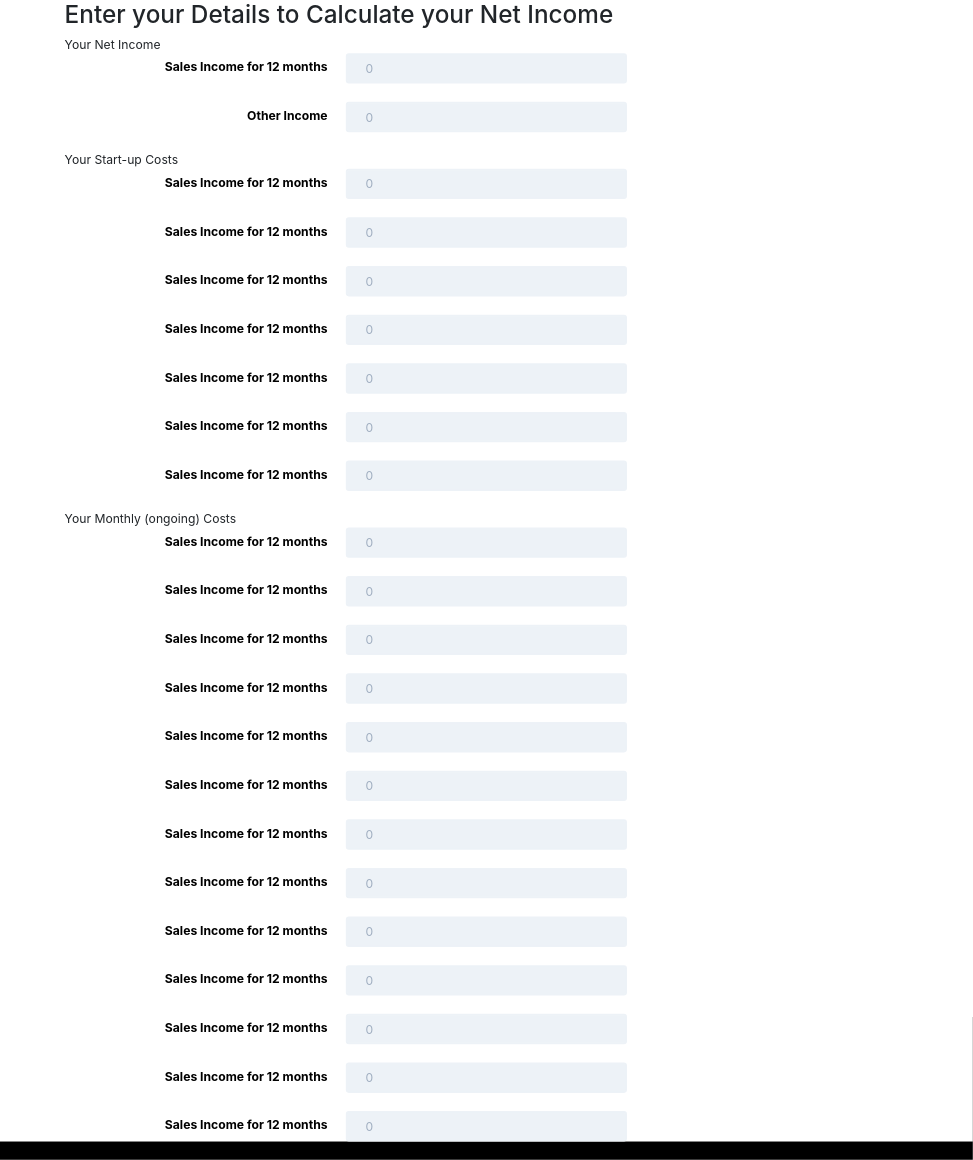
Repository: latenightsnacc/Financial-Forecast
Page: financial-forecast.html
These files come from the project's save history. The page is drawn as it stood at one moment and after the next save; the edit follows.
The browser window is 1280 px wide. The pictures show the whole page, at 76% of full size.

Above is the page before, as saved 2020-11-15 12:02:00.

### financial-forecast.html
<!DOCTYPE html>
<html lang="en">
<head>
    <meta charset="UTF-8">
    <meta name="viewport" content="width=device-width, initial-scale=1.0">
    <!--Tailwind CDN-->
    <link rel="stylesheet" href="https://cdnjs.cloudflare.com/ajax/libs/tailwindcss/1.9.6/base.min.css" integrity="sha512-hEjkvMSM0ql6VJcNK0gTmjt9ar8F2yHeBUbJKtyvQhkkbGMhiJ4+MaiB8XxsthLAHJx5vy2I9dN0un8HiWG2LA==" crossorigin="anonymous" />
    <link rel="stylesheet" href="https://cdnjs.cloudflare.com/ajax/libs/tailwindcss/1.9.6/components.min.css" integrity="sha512-TizAONqhvXjEfRPhptSUkZNVU497PzAnXNGNUoeOjeni4dHpJ+ak+ZsyoGna20LH/yg1PvdufN1VbnVQeVDftg==" crossorigin="anonymous" />
    <link rel="stylesheet" href="https://cdnjs.cloudflare.com/ajax/libs/tailwindcss/1.9.6/tailwind.css" integrity="sha512-HY1FOTeAX9idUBWDhVDrBg8QUHBisKVQ4BCVj1jFo5z76mk87w4Rr5YGP8nBkcGmoMzqYvdeXHMOg/olF45z3g==" crossorigin="anonymous" />
    <link rel="stylesheet" href="https://cdnjs.cloudflare.com/ajax/libs/tailwindcss/1.9.6/utilities.min.css" integrity="sha512-0QJfuLKyYJWGB5hKArJW67xqMLDlR8YaLM/ZuW2mRn4NRwHNsGm7UuREc5Fu7jONHyewPKnGODY0N8G+FQbfxg==" crossorigin="anonymous" />
    <!--Bootstrap CDN-->
    <link rel="stylesheet" href="https://cdn.jsdelivr.net/npm/bootstrap@4.5.3/dist/css/bootstrap.min.css" integrity="sha384-TX8t27EcRE3e/ihU7zmQxVncDAy5uIKz4rEkgIXeMed4M0jlfIDPvg6uqKI2xXr2" crossorigin="anonymous">
    <title>Financial Forecast |Resaads Consults - Think Millenial</title>
</head>
<body class="bg-black">
    <div class="container">
        <!--Navigation-->
    </div>
    <div class="wrapper  bg-white">
        <div class="container">
            <h2 class="title">Enter your Details to Calculate your Net Income</h2>
        </div>
        <div class="container">
            <!--FORM-->
            <form class="w-full max-w-none">
            <!--NET INCOME-->
                <div class="title">Your Net Income</div>
                <!--Sales Income-->
                <div class="md:flex md:items-center mb-6">
                  <div class="md:w-1/3">
                    <label class="block text-black font-bold md:text-right mb-1 md:mb-0 pr-4" for="inline-full-name" placeholder="0">
                      Sales Income for 12 months
                    </label>
                  </div>
                  <div class="md:w-1/3">
                    <input class="bg-gray-200 appearance-none border-2 border-gray-200 rounded w-full py-2 px-4 text-gray-700 leading-tight focus:outline-none focus:bg-white focus:border-grey-500" id="inline-full-name" type="text" placeholder="0">
                  </div>
                </div>
                <!--Other Income-->
                <div class="md:flex md:items-center mb-6">
                    <div class="md:w-1/3">
                      <label class="block text-black font-bold md:text-right mb-1 md:mb-0 pr-4" for="inline-full-name" placeholder="0">
                        Other Income
                      </label>
                    </div>
                    <div class="md:w-1/3">
                      <input class="bg-gray-200 appearance-none border-2 border-gray-200 rounded w-full py-2 px-4 text-gray-700 leading-tight focus:outline-none focus:bg-white focus:border-grey-500" id="inline-full-name" type="text" placeholder="0">
                    </div>
                </div>
            <!--STARTUP COSTS-->
                <div class="title">Your Start-up Costs</div>
                <!--Website Development-->
                <div class="md:flex md:items-center mb-6">
                    <div class="md:w-1/3">
                        <label class="block text-black font-bold md:text-right mb-1 md:mb-0 pr-4" for="inline-full-name" placeholder="0">
                            Sales Income for 12 months
                        </label>
                    </div>
                    <div class="md:w-1/3">
                        <input class="bg-gray-200 appearance-none border-2 border-gray-200 rounded w-full py-2 px-4 text-gray-700 leading-tight focus:outline-none focus:bg-white focus:border-grey-500" id="inline-full-name" type="text" placeholder="0">
                    </div>
                </div>
                <!--Website Development-->
                <div class="md:flex md:items-center mb-6">
                    <div class="md:w-1/3">
                        <label class="block text-black font-bold md:text-right mb-1 md:mb-0 pr-4" for="inline-full-name" placeholder="0">
                            Sales Income for 12 months
                        </label>
                    </div>
                    <div class="md:w-1/3">
                        <input class="bg-gray-200 appearance-none border-2 border-gray-200 rounded w-full py-2 px-4 text-gray-700 leading-tight focus:outline-none focus:bg-white focus:border-grey-500" id="inline-full-name" type="text" placeholder="0">
                    </div>
                </div>
                <!--Website Development-->
                <div class="md:flex md:items-center mb-6">
                    <div class="md:w-1/3">
                        <label class="block text-black font-bold md:text-right mb-1 md:mb-0 pr-4" for="inline-full-name" placeholder="0">
                            Sales Income for 12 months
                        </label>
                    </div>
                    <div class="md:w-1/3">
                        <input class="bg-gray-200 appearance-none border-2 border-gray-200 rounded w-full py-2 px-4 text-gray-700 leading-tight focus:outline-none focus:bg-white focus:border-grey-500" id="inline-full-name" type="text" placeholder="0">
                    </div>

                </div>
                <!--Website Development-->
                <div class="md:flex md:items-center mb-6">
                    <div class="md:w-1/3">
                        <label class="block text-black font-bold md:text-right mb-1 md:mb-0 pr-4" for="inline-full-name" placeholder="0">
                            Sales Income for 12 months
                        </label>
                    </div>
                    <div class="md:w-1/3">
                        <input class="bg-gray-200 appearance-none border-2 border-gray-200 rounded w-full py-2 px-4 text-gray-700 leading-tight focus:outline-none focus:bg-white focus:border-grey-500" id="inline-full-name" type="text" placeholder="0">
                    </div>

                </div>
                <!--Website Development-->
                <div class="md:flex md:items-center mb-6">
                    <div class="md:w-1/3">
                        <label class="block text-black font-bold md:text-right mb-1 md:mb-0 pr-4" for="inline-full-name" placeholder="0">
                            Sales Income for 12 months
                        </label>
                    </div>
                    <div class="md:w-1/3">
                        <input class="bg-gray-200 appearance-none border-2 border-gray-200 rounded w-full py-2 px-4 text-gray-700 leading-tight focus:outline-none focus:bg-white focus:border-grey-500" id="inline-full-name" type="text" placeholder="0">
                    </div>

                </div>
                <!--Website Development-->
                <div class="md:flex md:items-center mb-6">
                    <div class="md:w-1/3">
                        <label class="block text-black font-bold md:text-right mb-1 md:mb-0 pr-4" for="inline-full-name" placeholder="0">
                            Sales Income for 12 months
                        </label>
                    </div>
                    <div class="md:w-1/3">
                        <input class="bg-gray-200 appearance-none border-2 border-gray-200 rounded w-full py-2 px-4 text-gray-700 leading-tight focus:outline-none focus:bg-white focus:border-grey-500" id="inline-full-name" type="text" placeholder="0">
                    </div>
                </div>
                <!--Website Development-->
                <div class="md:flex md:items-center mb-6">
                    <div class="md:w-1/3">
                        <label class="block text-black font-bold md:text-right mb-1 md:mb-0 pr-4" for="inline-full-name" placeholder="0">
                            Sales Income for 12 months
                        </label>
                    </div>
                    <div class="md:w-1/3">
                        <input class="bg-gray-200 appearance-none border-2 border-gray-200 rounded w-full py-2 px-4 text-gray-700 leading-tight focus:outline-none focus:bg-white focus:border-grey-500" id="inline-full-name" type="text" placeholder="0">
                    </div>
                </div>
            <!--MONTHLY COSTS-->
                <div class="title">Your Monthly (ongoing) Costs</div>
                <!--Website Development-->
                <div class="md:flex md:items-center mb-6">
                    <div class="md:w-1/3">
                        <label class="block text-black font-bold md:text-right mb-1 md:mb-0 pr-4" for="inline-full-name" placeholder="0">
                            Sales Income for 12 months
                        </label>
                    </div>
                    <div class="md:w-1/3">
                        <input class="bg-gray-200 appearance-none border-2 border-gray-200 rounded w-full py-2 px-4 text-gray-700 leading-tight focus:outline-none focus:bg-white focus:border-grey-500" id="inline-full-name" type="text" placeholder="0">
                    </div>
                </div>
                <!--Website Development-->
                <div class="md:flex md:items-center mb-6">
                    <div class="md:w-1/3">
                        <label class="block text-black font-bold md:text-right mb-1 md:mb-0 pr-4" for="inline-full-name" placeholder="0">
                            Sales Income for 12 months
                        </label>
                    </div>
                    <div class="md:w-1/3">
                        <input class="bg-gray-200 appearance-none border-2 border-gray-200 rounded w-full py-2 px-4 text-gray-700 leading-tight focus:outline-none focus:bg-white focus:border-grey-500" id="inline-full-name" type="text" placeholder="0">
                    </div>
                </div>
                <!--Website Development-->
                <div class="md:flex md:items-center mb-6">
                    <div class="md:w-1/3">
                        <label class="block text-black font-bold md:text-right mb-1 md:mb-0 pr-4" for="inline-full-name" placeholder="0">
                            Sales Income for 12 months
                        </label>
                    </div>
                    <div class="md:w-1/3">
                        <input class="bg-gray-200 appearance-none border-2 border-gray-200 rounded w-full py-2 px-4 text-gray-700 leading-tight focus:outline-none focus:bg-white focus:border-grey-500" id="inline-full-name" type="text" placeholder="0">
                    </div>

                </div>
                <!--Website Development-->
                <div class="md:flex md:items-center mb-6">
                    <div class="md:w-1/3">
                        <label class="block text-black font-bold md:text-right mb-1 md:mb-0 pr-4" for="inline-full-name" placeholder="0">
                            Sales Income for 12 months
                        </label>
                    </div>
                    <div class="md:w-1/3">
                        <input class="bg-gray-200 appearance-none border-2 border-gray-200 rounded w-full py-2 px-4 text-gray-700 leading-tight focus:outline-none focus:bg-white focus:border-grey-500" id="inline-full-name" type="text" placeholder="0">
                    </div>

                </div>
                <!--Website Development-->
                <div class="md:flex md:items-center mb-6">
                    <div class="md:w-1/3">
                        <label class="block text-black font-bold md:text-right mb-1 md:mb-0 pr-4" for="inline-full-name" placeholder="0">
                            Sales Income for 12 months
                        </label>
                    </div>
                    <div class="md:w-1/3">
                        <input class="bg-gray-200 appearance-none border-2 border-gray-200 rounded w-full py-2 px-4 text-gray-700 leading-tight focus:outline-none focus:bg-white focus:border-grey-500" id="inline-full-name" type="text" placeholder="0">
                    </div>

                </div>
                <!--Website Development-->
                <div class="md:flex md:items-center mb-6">
                    <div class="md:w-1/3">
                        <label class="block text-black font-bold md:text-right mb-1 md:mb-0 pr-4" for="inline-full-name" placeholder="0">
                            Sales Income for 12 months
                        </label>
                    </div>
                    <div class="md:w-1/3">
                        <input class="bg-gray-200 appearance-none border-2 border-gray-200 rounded w-full py-2 px-4 text-gray-700 leading-tight focus:outline-none focus:bg-white focus:border-grey-500" id="inline-full-name" type="text" placeholder="0">
                    </div>
                </div>
                <!--Website Development-->
                <div class="md:flex md:items-center mb-6">
                    <div class="md:w-1/3">
                        <label class="block text-black font-bold md:text-right mb-1 md:mb-0 pr-4" for="inline-full-name" placeholder="0">
                            Sales Income for 12 months
                        </label>
                    </div>
                    <div class="md:w-1/3">
                        <input class="bg-gray-200 appearance-none border-2 border-gray-200 rounded w-full py-2 px-4 text-gray-700 leading-tight focus:outline-none focus:bg-white focus:border-grey-500" id="inline-full-name" type="text" placeholder="0">
                    </div>
                </div>
                <!--Website Development-->
                <div class="md:flex md:items-center mb-6">
                    <div class="md:w-1/3">
                        <label class="block text-black font-bold md:text-right mb-1 md:mb-0 pr-4" for="inline-full-name" placeholder="0">
                            Sales Income for 12 months
                        </label>
                    </div>
                    <div class="md:w-1/3">
                        <input class="bg-gray-200 appearance-none border-2 border-gray-200 rounded w-full py-2 px-4 text-gray-700 leading-tight focus:outline-none focus:bg-white focus:border-grey-500" id="inline-full-name" type="text" placeholder="0">
                    </div>
                </div>
                <!--Website Development-->
                <div class="md:flex md:items-center mb-6">
                    <div class="md:w-1/3">
                        <label class="block text-black font-bold md:text-right mb-1 md:mb-0 pr-4" for="inline-full-name" placeholder="0">
                            Sales Income for 12 months
                        </label>
                    </div>
                    <div class="md:w-1/3">
                        <input class="bg-gray-200 appearance-none border-2 border-gray-200 rounded w-full py-2 px-4 text-gray-700 leading-tight focus:outline-none focus:bg-white focus:border-grey-500" id="inline-full-name" type="text" placeholder="0">
                    </div>
                </div>
                <!--Website Development-->
                <div class="md:flex md:items-center mb-6">
                    <div class="md:w-1/3">
                        <label class="block text-black font-bold md:text-right mb-1 md:mb-0 pr-4" for="inline-full-name" placeholder="0">
                            Sales Income for 12 months
                        </label>
                    </div>
                    <div class="md:w-1/3">
                        <input class="bg-gray-200 appearance-none border-2 border-gray-200 rounded w-full py-2 px-4 text-gray-700 leading-tight focus:outline-none focus:bg-white focus:border-grey-500" id="inline-full-name" type="text" placeholder="0">
                    </div>
                </div>
                <!--Website Development-->
                <div class="md:flex md:items-center mb-6">
                    <div class="md:w-1/3">
                        <label class="block text-black font-bold md:text-right mb-1 md:mb-0 pr-4" for="inline-full-name" placeholder="0">
                            Sales Income for 12 months
                        </label>
                    </div>
                    <div class="md:w-1/3">
                        <input class="bg-gray-200 appearance-none border-2 border-gray-200 rounded w-full py-2 px-4 text-gray-700 leading-tight focus:outline-none focus:bg-white focus:border-grey-500" id="inline-full-name" type="text" placeholder="0">
                    </div>
                </div>
                <!--Website Development-->
                <div class="md:flex md:items-center mb-6">
                    <div class="md:w-1/3">
                        <label class="block text-black font-bold md:text-right mb-1 md:mb-0 pr-4" for="inline-full-name" placeholder="0">
                            Sales Income for 12 months
                        </label>
                    </div>
                    <div class="md:w-1/3">
                        <input class="bg-gray-200 appearance-none border-2 border-gray-200 rounded w-full py-2 px-4 text-gray-700 leading-tight focus:outline-none focus:bg-white focus:border-grey-500" id="inline-full-name" type="text" placeholder="0">
                    </div>
                </div>
                <!--Website Development-->
                <div class="md:flex md:items-center mb-6">
                    <div class="md:w-1/3">
                        <label class="block text-black font-bold md:text-right mb-1 md:mb-0 pr-4" for="inline-full-name" placeholder="0">
                            Sales Income for 12 months
                        </label>
                    </div>
                    <div class="md:w-1/3">
                        <input class="bg-gray-200 appearance-none border-2 border-gray-200 rounded w-full py-2 px-4 text-gray-700 leading-tight focus:outline-none focus:bg-white focus:border-grey-500" id="inline-full-name" type="text" placeholder="0">
                    </div>
                </div>
            </form>
        </div>
    </div>
    <!--Bootstrap Scripts-->
    <script src="https://code.jquery.com/jquery-3.5.1.slim.min.js" integrity="sha384-DfXdz2htPH0lsSSs5nCTpuj/zy4C+OGpamoFVy38MVBnE+IbbVYUew+OrCXaRkfj" crossorigin="anonymous"></script>
    <script src="https://cdn.jsdelivr.net/npm/popper.js@1.16.1/dist/umd/popper.min.js" integrity="sha384-9/reFTGAW83EW2RDu2S0VKaIzap3H66lZH81PoYlFhbGU+6BZp6G7niu735Sk7lN" crossorigin="anonymous"></script>
    <script src="https://cdn.jsdelivr.net/npm/bootstrap@4.5.3/dist/js/bootstrap.min.js" integrity="sha384-w1Q4orYjBQndcko6MimVbzY0tgp4pWB4lZ7lr30WKz0vr/aWKhXdBNmNb5D92v7s" crossorigin="anonymous"></script>
</body>
</html>

After the next save:
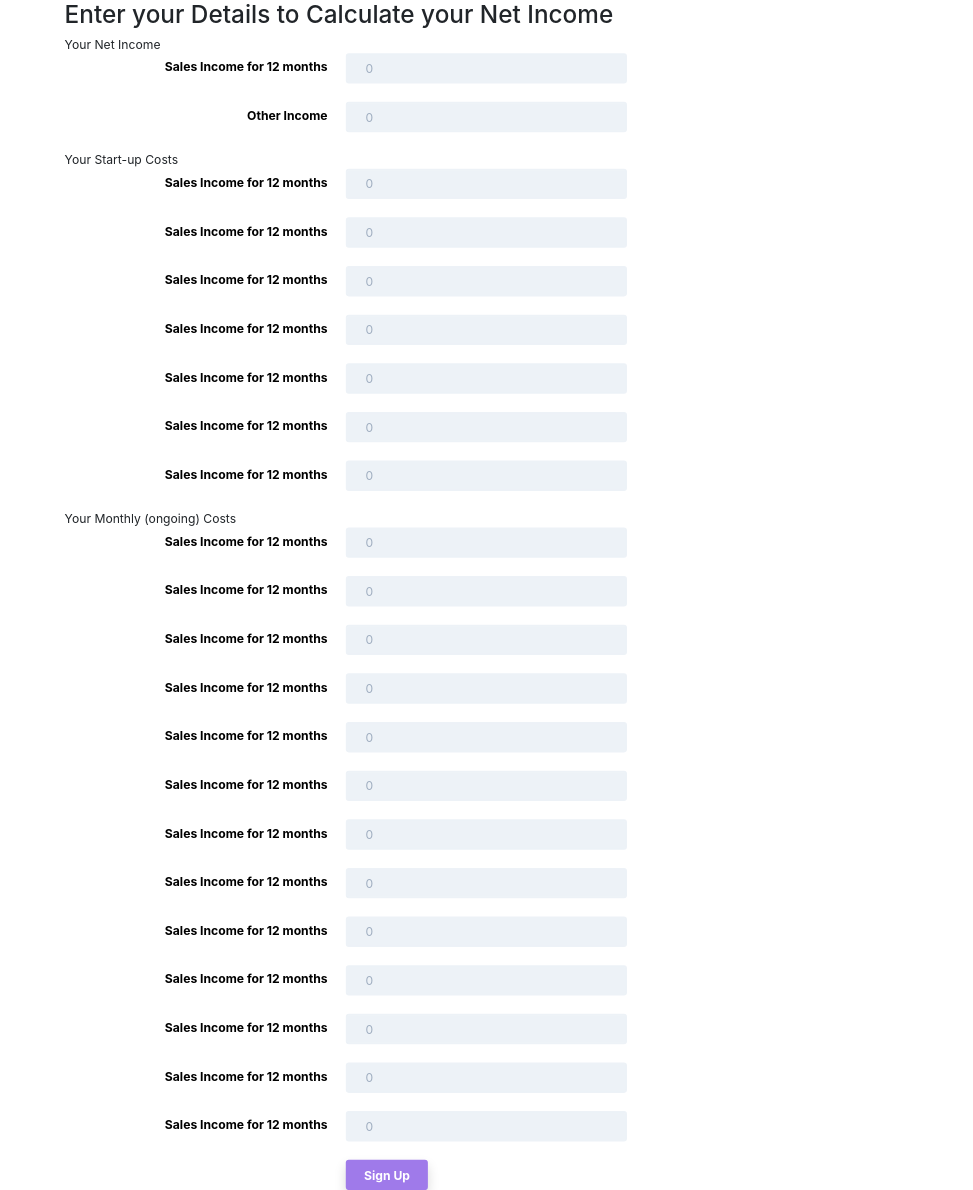
Saved 47 s later.
--- a/financial-forecast.html
+++ b/financial-forecast.html
@@ -277,6 +277,15 @@
                         <input class="bg-gray-200 appearance-none border-2 border-gray-200 rounded w-full py-2 px-4 text-gray-700 leading-tight focus:outline-none focus:bg-white focus:border-grey-500" id="inline-full-name" type="text" placeholder="0">
                     </div>
                 </div>
+                <!--Calculate Button-->
+                <div class="md:flex md:items-center">
+                    <div class="md:w-1/3"></div>
+                    <div class="md:w-2/3">
+                      <button class="shadow bg-purple-500 hover:bg-purple-400 focus:shadow-outline focus:outline-none text-white font-bold py-2 px-4 rounded" type="button">
+                        Sign Up
+                      </button>
+                    </div>
+                  </div>
             </form>
         </div>
     </div>
